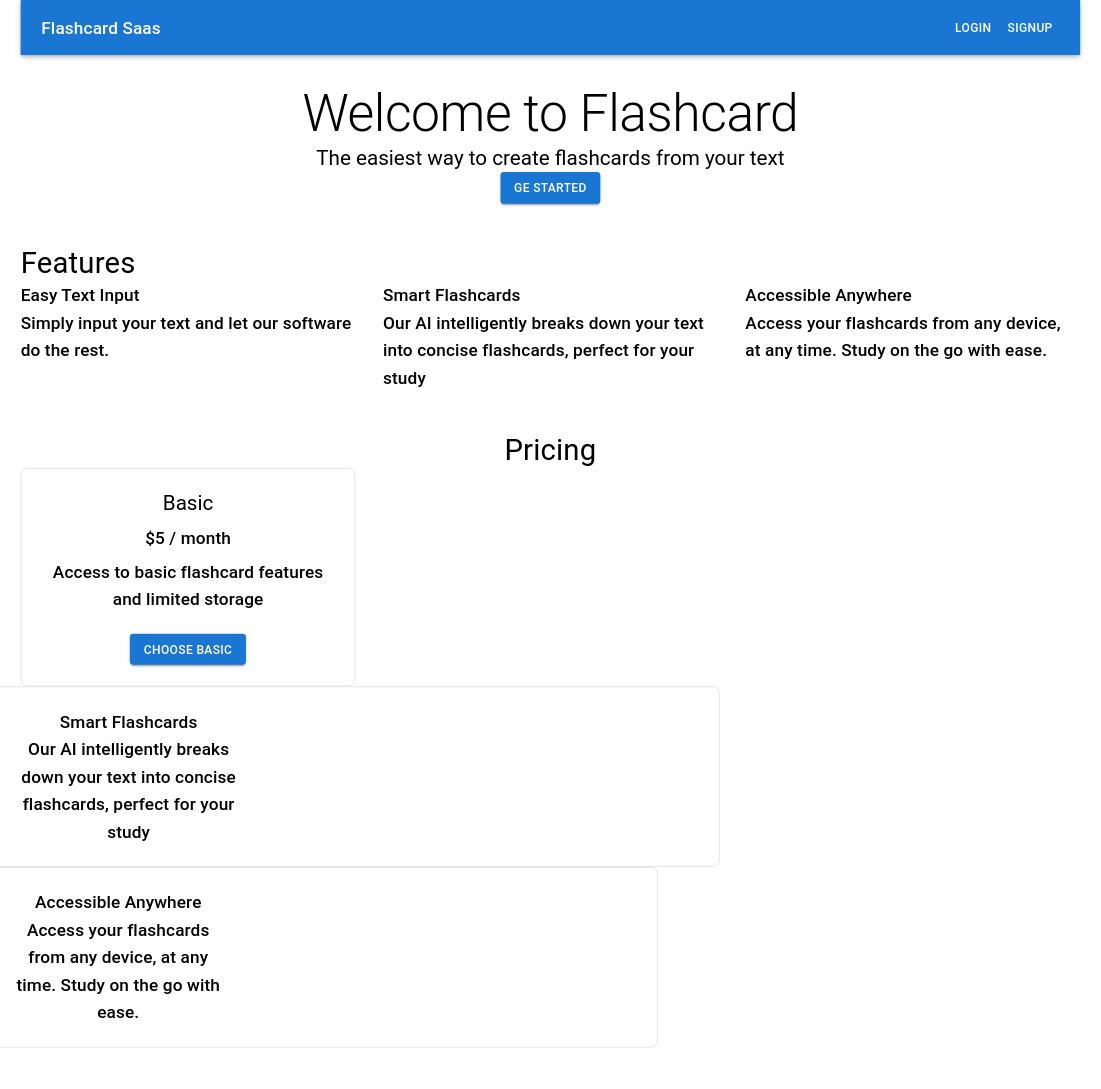
Repository: rakeshpuppala2590/AI-Flashcards-Stripe
Page: /
These files come from the project's save history. The page is drawn as it stood at one moment and after the next save; the edit follows.
The browser window is 1280 px wide. The pictures show the whole page, at 86% of full size.
The page's requests for data from a server got no answer. The project was rebuilt for these pictures with package versions that can differ from the ones it lists, and the page was loaded fresh each time. Some packages were replaced by stand-ins written for this rebuild. The framework's server and built-in components were replaced by stand-ins that run in the browser. No one was signed in, and anything a server would have sent is missing. Also part of the build but not shown: next.config.mjs.

Above is the page before, as saved 2024-08-12 15:11:19.

After the next save:
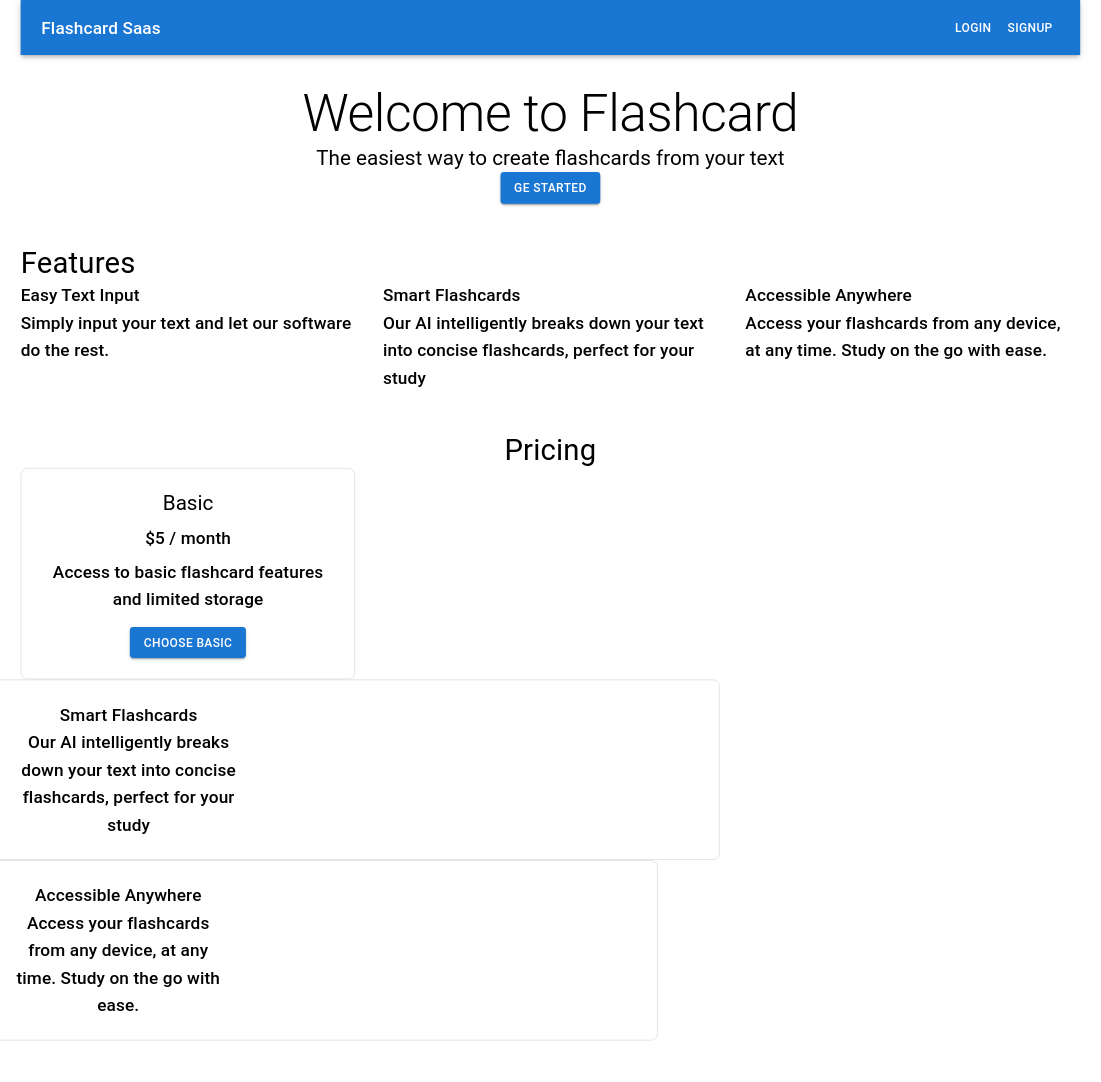
Saved 4 s later.
--- a/src/app/page.js
+++ b/src/app/page.js
@@ -105,7 +105,7 @@ export default function Home() {
                 {" "}
                 Access to basic flashcard features and limited storage
               </Typography>
-              <Button variant="contained" color="primary" sx={{ mt: 3 }}>
+              <Button variant="contained" color="primary" sx={{ mt: 2 }}>
                 Choose Basic
               </Button>
             </Box>
